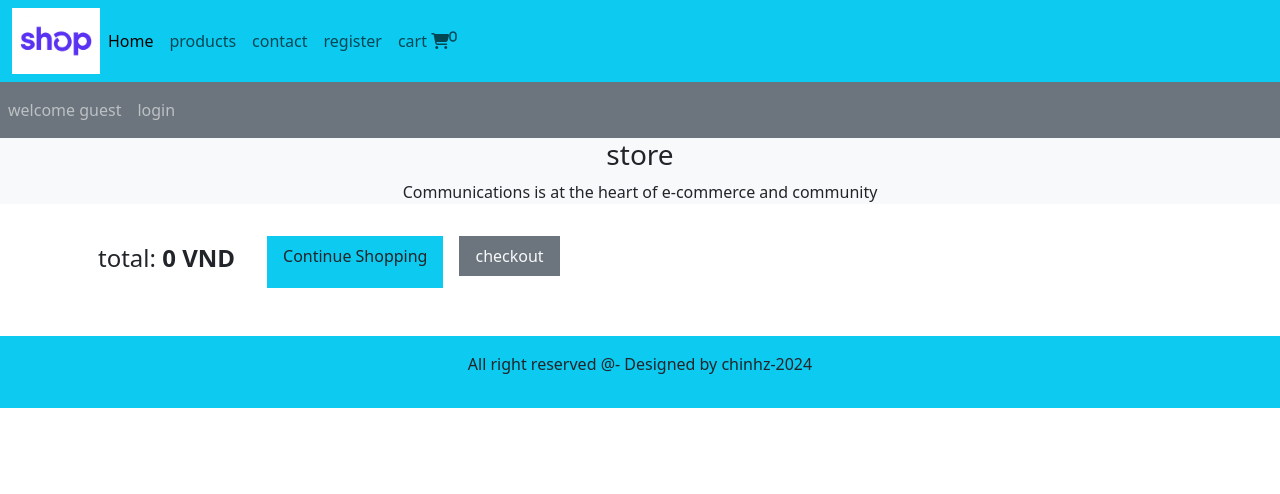
Repository: hahuuchinh2501/ecommerce_web
Page: http://localhost/cart.php
An editor plug-in stored every save of this project. The page is shown before and after the next save, followed by the edit.
The browser window is 1280 px wide. The pictures show the whole page.
The page is run by PHP 8.4 with error messages shown; the project is at /var/www/html/. Queries for data that is not in the repository find no rows.

Above is the page before, as saved 2025-02-09 10:57:38.

### cart.php
<?php
include('includes/connect.php');
include('functions/common_function.php');
?>



<!DOCTYPE html>
<html lang="en">

<head>
    <meta charset="UTF-8">
    <meta name="viewport" content="width=device-width, initial-scale=1.0">
    <title>website-cart details</title>
    <link href="https://cdn.jsdelivr.net/npm/bootstrap@5.3.3/dist/css/bootstrap.min.css" rel="stylesheet"
        integrity="sha384-QWTKZyjpPEjISv5WaRU9OFeRpok6YctnYmDr5pNlyT2bRjXh0JMhjY6hW+ALEwIH" crossorigin="anonymous">
    <link rel="stylesheet" href="https://cdnjs.cloudflare.com/ajax/libs/font-awesome/6.5.2/css/all.min.css"
        integrity="sha512-SnH5WK+bZxgPHs44uWIX+LLJAJ9/2PkPKZ5QiAj6Ta86w+fsb2TkcmfRyVX3pBnMFcV7oQPJkl9QevSCWr3W6A=="
        crossorigin="anonymous" referrerpolicy="no-referrer" />
    <link rel="stylesheet" href="style.css">

</head>
<style>
    .cart_img {
        width: 50px;
        height: 50px;
        object-fit: contain;
    }
</style>

<body>
    <!-- navbar -->
    <div class="container-fluid p-0">
        <nav class="navbar navbar-expand-lg bg-info">
            <div class="container-fluid">
                <img src="./images/shop.jpg" alt="" class="logo">
                <button class="navbar-toggler" type="button" data-bs-toggle="collapse"
                    data-bs-target="#navbarSupportedContent" aria-controls="navbarSupportedContent"
                    aria-expanded="false" aria-label="Toggle navigation">
                    <span class="navbar-toggler-icon"></span>
                </button>
                <div class="collapse navbar-collapse" id="navbarSupportedContent">
                    <ul class="navbar-nav me-auto mb-2 mb-lg-0">
                        <li class="nav-item">
                            <a class="nav-link active" aria-current="page" href="index.php">Home</a>
                        </li>
                        <li class="nav-item">
                            <a class="nav-link" href="display_all.php">products</a>
                        </li>
                        <li class="nav-item">
                            <a class="nav-link" href="#">contact</a>
                        </li>
                        <li class="nav-item">
                            <a class="nav-link" href="#">register</a>
                        </li>
                        <li class="nav-item">
                            <a class="nav-link" href="cart.php">cart <i
                                    class="fa-solid fa-cart-shopping"><sup><?php cart_item(); ?></sup></i></a>
                        </li>

                    </ul>

                </div>
            </div>
        </nav>

        <!-- call function cart -->
        <?php
        cart();
        ?>

        <nav class="navbar navbar-expand-lg navbar-dark bg-secondary">
            <ul class="navbar-nav me-auto">
                <li class="nav-item">
                    <a class="nav-link" href="#">welcome guest</a>
                </li>
                <li class="nav-item">
                    <a class="nav-link" href="#">login</a>
                </li>
            </ul>
        </nav>
        <div class="bg-light">
            <h3 class="text-center">store</h3>
            <p class="text-center">Communications is at the heart of e-commerce and community</p>
        </div>



        <div class="container">
            <div class="row">
                <form action="" method="post">
                    <table class="table table-bordered text-center">


                        <?php
                        global $con;
                        $get_ip_add = getIPAddress();
                        $total_price = 0;
                        $cart_query = "Select * from `cart_details` where ip_address='$get_ip_add'";
                        $result = mysqli_query($con, $cart_query);
                        $result_count = mysqli_num_rows($result);
                        if ($result_count > 0) {
                            echo "<thead>
                            <tr>
                                <th>product title</th>
                                <th>product image</th>
                                <th>quantity</th>
                                <th>total price</th>
                                <th> ordered quantity</th>
                                <th>remove</th>
                                <th colspan='2'>operations</th>
                            </tr>
                        </thead>
                        <tbody>";

                            while ($row = mysqli_fetch_array($result)) {
                                $product_id = $row['product_id'];
                                $quantity = $row['quantity'];
                                $select_products = "Select * from `products` where product_id='$product_id'";
                                $result_products = mysqli_query($con, $select_products);
                                while ($row_product_price = mysqli_fetch_array($result_products)) {
                                    $product_price = array($row_product_price['product_price']);
                                    $price_table = $row_product_price['product_price'];
                                    $product_title = $row_product_price['product_title'];
                                    $product_image1 = $row_product_price['product_image1'];
                                    $product_values = array_sum($product_price);
                                    $total_product_price = $price_table * $quantity; // Nhân giá với số lượng

                                    $total_price += $total_product_price;

                                    ?>

                                    <tr>
                                        <td><?php echo $product_title ?></td>
                                        <td><img src="./admin_area/product_images/<?php echo $product_image1 ?>" alt=""
                                                class="cart_img"></td>
                                        <td><input type="text" name="qty" id="" class="form-input w-50"
                                                value="<?php echo $quantity; ?>"></td>
                                        <?php
                                        $get_ip_add = getIPAddress();
                                        // if (isset($_POST['update_cart'])) {
                                        //     $quantities = $_POST['qty'];
                                        //     $update_cart = "update `cart_details` set quantity=$quantities where ip_address='$get_ip_add'";
                                        //     $result_products_quantity = mysqli_query($con, $update_cart);
                                        //     $total_price = $total_price * $quantities;
                                        // }
                                        if (isset($_POST['update_cart'])) {
                                            $quantities = $_POST['qty'];
                                            $update_cart = "UPDATE cart_details SET quantity=$quantities WHERE ip_address='$get_ip_add' AND product_id='$product_id'";
                                            $result_products_quantity = mysqli_query($con, $update_cart);
                                            echo "<script>window.open('cart.php','_self')</script>"; // Refresh lại giỏ hàng
                                        }
                                        ?>


                                        <?php
                                        $get_order_quantity = "SELECT quantity FROM `cart_details` WHERE product_id='$product_id' AND ip_address='$get_ip_add'";
                                        $order_quantity_result = mysqli_query($con, $get_order_quantity);
                                        $order_quantity_row = mysqli_fetch_assoc($order_quantity_result);
                                        $ordered_quantity = $order_quantity_row ? $order_quantity_row['quantity'] : 0;
                                        ?>

                                        <td><?php echo $price_table ?></td>
                                        <td><?php echo $ordered_quantity ?></td>
                                        <td><input type="checkbox" name="remove_item[]" value="<?php echo $product_id; ?>"></td>
                                        <td>
                                            <!-- <button class="bg-info px-3 py-2 border-0 mx-3">update</button> -->
                                            <input type="submit" value="Update Cart" class="bg-info px-3 py-2 border-0 mx-3"
                                                name="update_cart">

                                            <!-- <button class="bg-secondary p-3 py-2 border-0 text-light">remove</button> -->
                                            <input type="submit" value="Remove Cart" class="bg-info px-3 py-2 border-0 mx-3"
                                                name="remove_cart">
                                        </td>
                                    </tr>
                                <?php }
                            }
                        } ?>
                        </tbody>
                    </table>
                    <div class="d-flex mb-5">
                        <h4 class="px-3 py-2">total: <strong><?php echo $total_price ?> VND</strong></h4>
                        <a href="index.php" class="bg-info px-3 py-2 border-0 mx-3 text-decoration-none text-dark">
                            Continue Shopping
                        </a>


                        <a href="#"><button class="bg-secondary p-3 py-2 border-0 text-light">checkout</button></a>
                    </div>
            </div>
        </div>
        </form>

        <!-- function to remove -->
        <?php
        function remove_cart_item()
        {
            global $con;
            if (isset($_POST['remove_cart'])) {
                foreach ($_POST['remove_item'] as $remove_id) {
                    echo $remove_id;
                    $delete_query = "Delete from `cart_details` where product_id=$remove_id";
                    $run_delete = mysqli_query($con, $delete_query);
                    if ($run_delete) {
                        echo "<script>window.open('cart.php','_self')</script>";
                    }
                }
            }
        }
        echo $remove_item = remove_cart_item();
        ?>

        <!-- include footer  -->
        <?php
        include("./includes/footer.php")
            ?>
    </div>

    <script src="https://cdn.jsdelivr.net/npm/bootstrap@5.3.3/dist/js/bootstrap.bundle.min.js"
        integrity="sha384-YvpcrYf0tY3lHB60NNkmXc5s9fDVZLESaAA55NDzOxhy9GkcIdslK1eN7N6jIeHz"
        crossorigin="anonymous"></script>
</body>

</html>

### includes/connect.php
<?php

$con=mysqli_connect('127.0.0.1:3316','root','123','myshop');
if(!$con) {
    die(mysqli_error($con));
}


?>

### includes/footer.php
<div class="bg-info p-3 text-center">
    <p>All right reserved @- Designed by chinhz-2024</p>
</div>

### style.css
* {
    margin: 0;
    padding: 0;
    box-sizing: border-box;
}


.logo {
    width: 7%;
    height: 7%;
}

     .card-img-top {
            height: 360px; /* Đặt chiều cao cố định */
            object-fit: cover; /* Đảm bảo hình ảnh vừa khung và không bị biến dạng */
        }

.cart_img {
    width:50px;
    height:50px;
}

Loaded but not shown: functions/common_function.php (382 lines, source omitted)

After the next save:
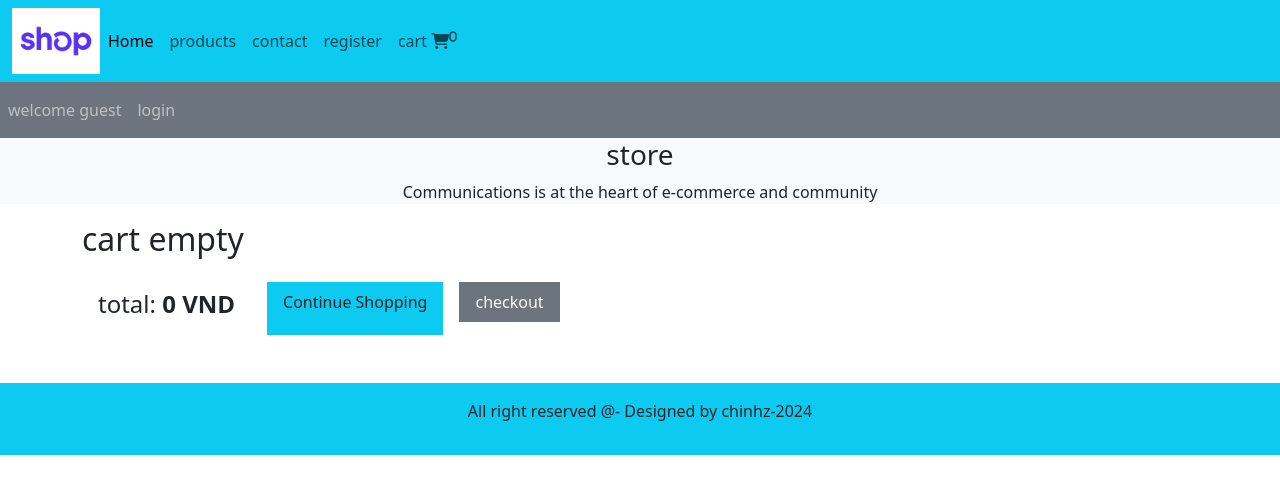
Saved 116 s later.
--- a/cart.php
+++ b/cart.php
@@ -175,7 +175,10 @@ include('functions/common_function.php');
                                     </tr>
                                 <?php }
                             }
-                        } ?>
+                        } else {
+                            echo "<h2>cart empty<h2>";
+                        }
+                        ?>
                         </tbody>
                     </table>
                     <div class="d-flex mb-5">
